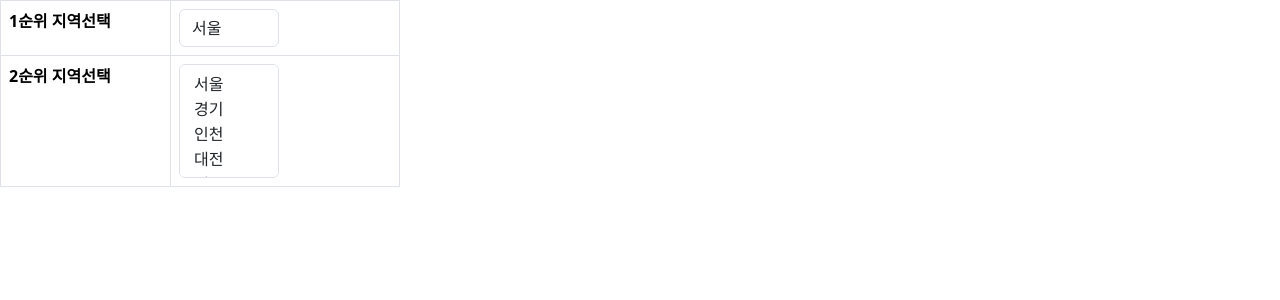
Repository: GANADAG/jspProject
Page: http://localhost/JspProject/day0228_1/myForm_02.jsp
The author's editor kept a copy of each file at every save. The page is drawn from the files as they stood at one save, then again after the next save.
The browser window is 1280 px wide. The pictures show the whole page.
Some web fonts or font styles are not loaded; a fallback is used. The page is served by Tomcat 9.

Above is the page before, as saved 2024-02-28 06:34:51.

After the next save:
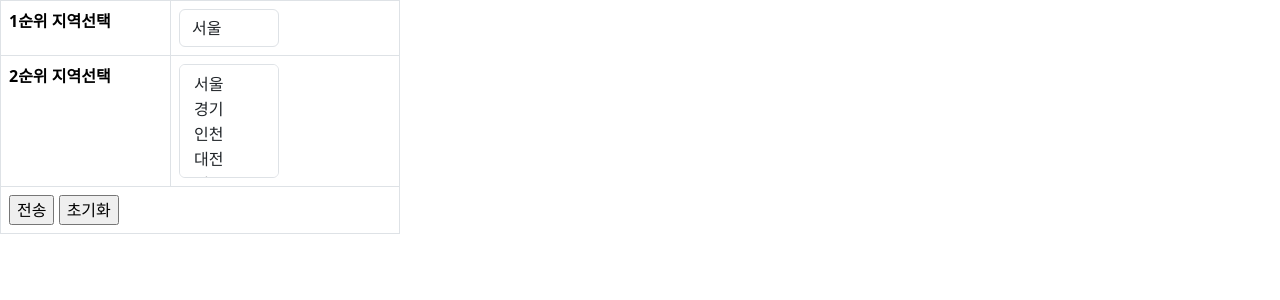
Saved 107 s later.
--- a/JspProject/src/main/webapp/day0228_1/myForm_02.jsp
+++ b/JspProject/src/main/webapp/day0228_1/myForm_02.jsp
@@ -42,6 +42,13 @@
 			</td>
 		</tr>
 
+		<tr>
+			<td colspan="2">
+			<input type="submit" value="전송">
+			<input type="reset" value="초기화">
+			</td>
+		</tr>
+
 		</table>
 	</form>
 </body>
